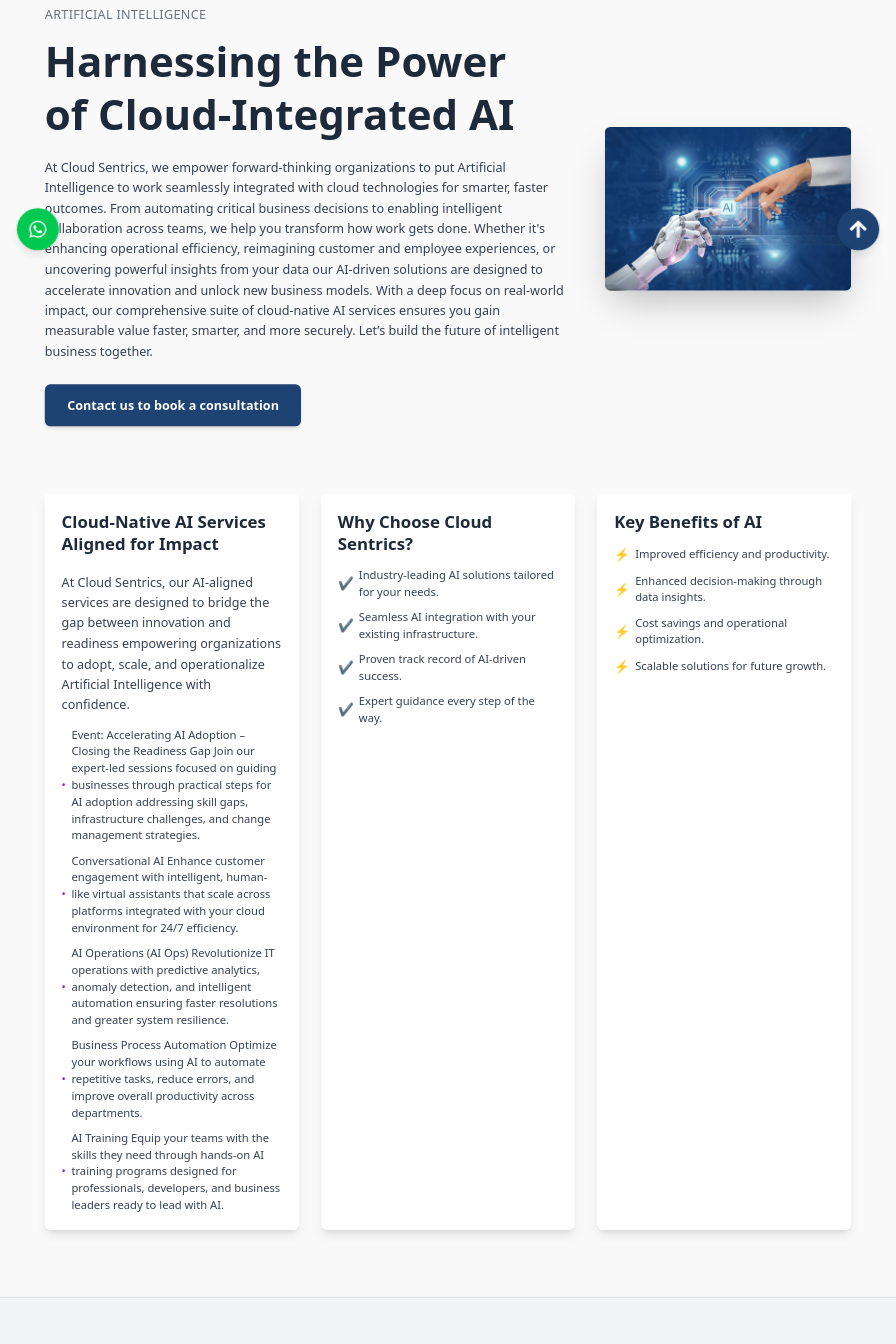
Repository: chykesure/cloudsentrics_
Page: /ai
The author's editor kept a copy of each file at every save. The page is drawn from the files as they stood at one save, then again after a run of saves.
The browser window is 1280 px wide. The pictures show the part of the page from y = 330 to 2250 px (the page is 4520 px tall), at 70% of full size.
The page's requests for data from a server got no answer. The project was rebuilt for these pictures with package versions that can differ from the ones it lists, and the page was loaded fresh each time. No one was signed in, and anything a server would have sent is missing. Also part of the build but not shown: vite.config.js, src/pages/Header.jsx, src/pages/Footer.jsx, src/pages/students/Reviews.jsx, src/pages/students/Testimony.jsx, src/pages/students/TestimonyLanding.jsx, src/pages/LandingPage.jsx, src/pages/students/Header.jsx and 41 more.

Above is the page before, as saved 2025-04-09 20:19:12.

After the next 3 saves:
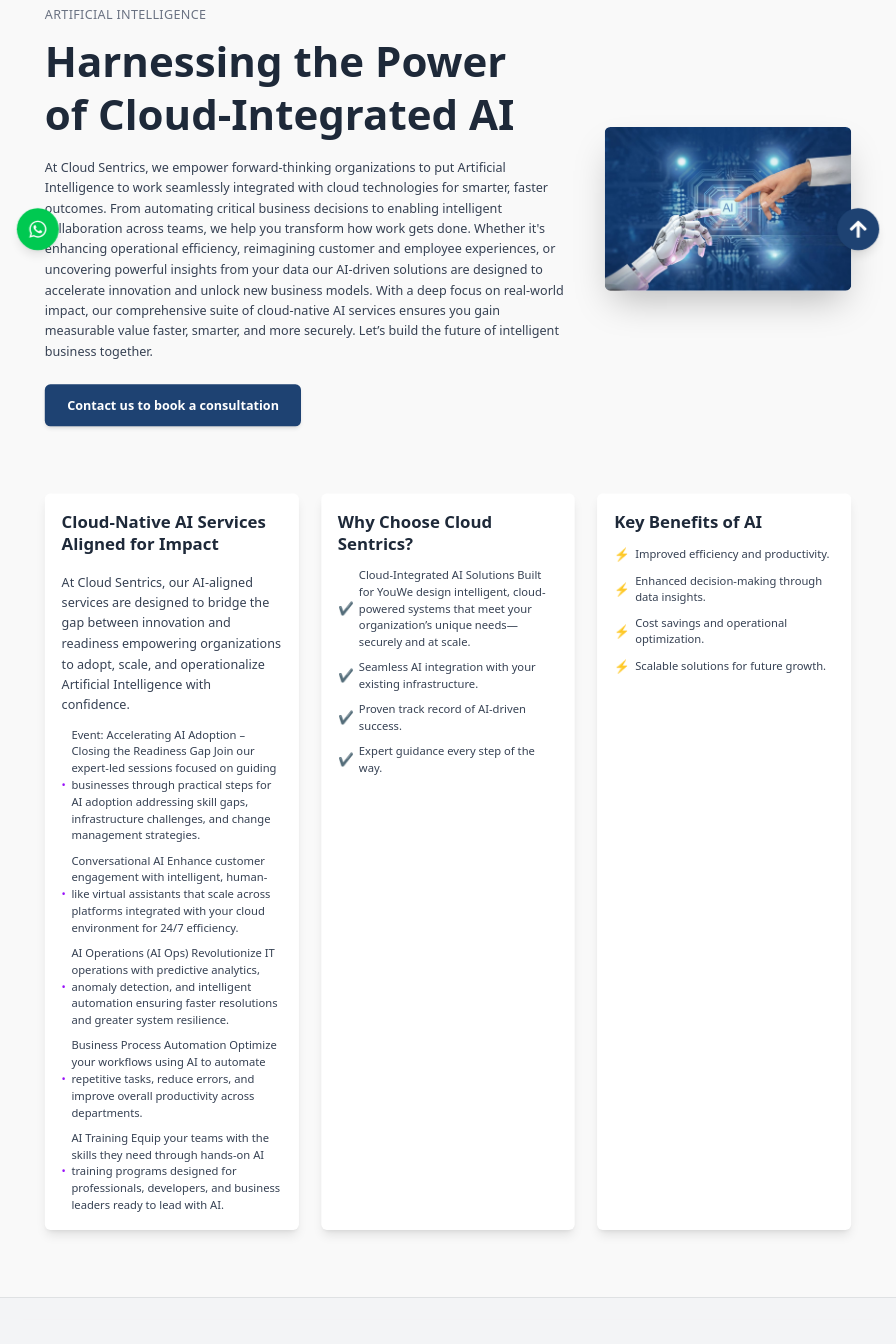
The 3 saves are shown as one change because they came seconds apart.
The last was saved 18 s later.
--- a/src/pages/partners/menu/ai.jsx
+++ b/src/pages/partners/menu/ai.jsx
@@ -137,7 +137,7 @@
                             <h4 className="text-2xl font-semibold text-gray-800">Why Choose Cloud Sentrics?</h4>
                             <ul className="mt-4 space-y-3 text-gray-700">
                                 {[
-                                    "Industry-leading AI solutions tailored for your needs.",
+                                    "Cloud-Integrated AI Solutions Built for YouWe design intelligent, cloud-powered systems that meet your organization’s unique needs—securely and at scale.",
                                     "Seamless AI integration with your existing infrastructure.",
                                     "Proven track record of AI-driven success.",
                                     "Expert guidance every step of the way."
